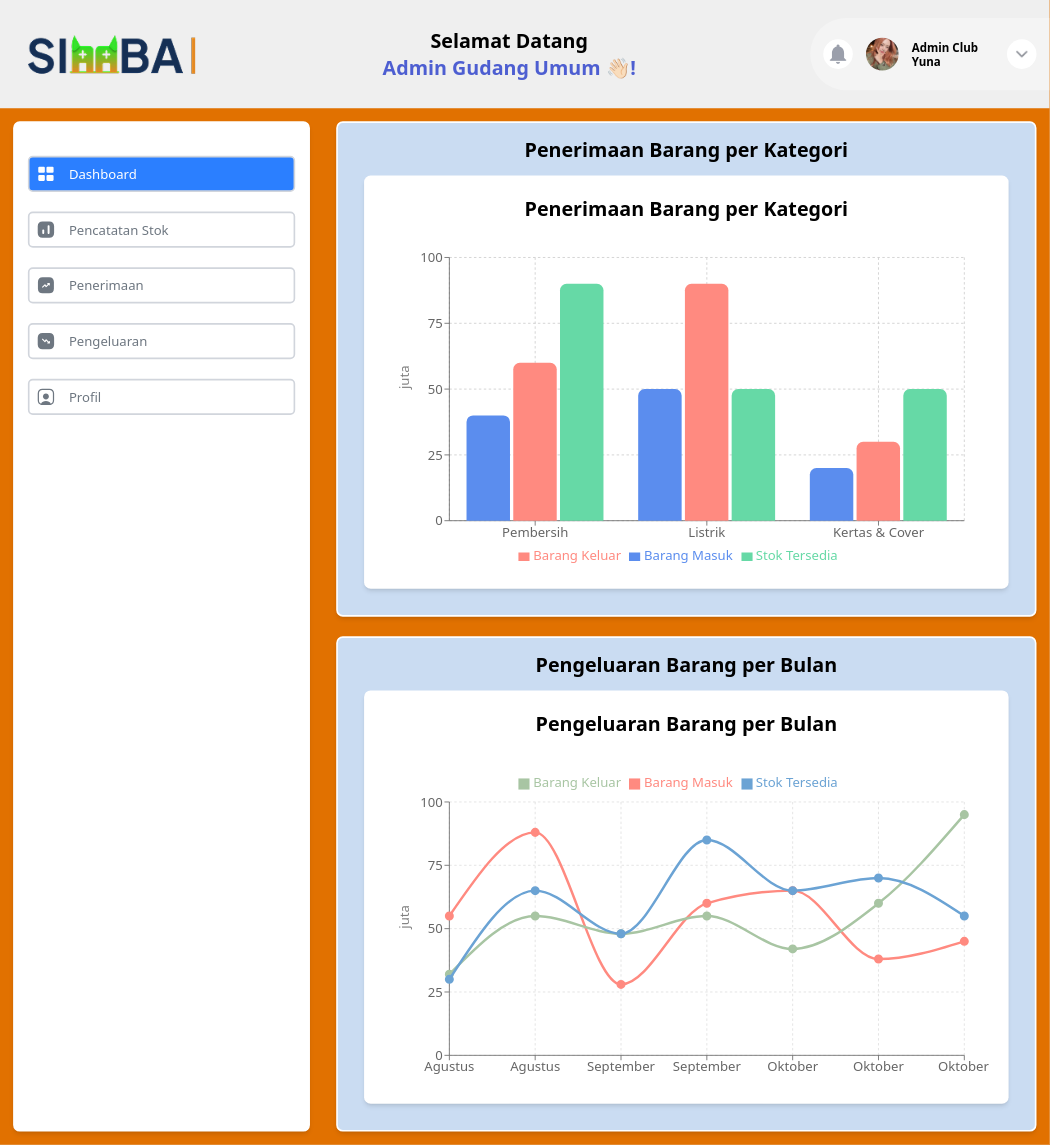
Repository: Gokerwow/inventory-fe
Page: /
An editor plug-in stored every save of this project. The page is shown before and after the next save, followed by the edit.
The browser window is 1280 px wide. The pictures show the whole page, at 82% of full size.
The project was rebuilt for these pictures with package versions that can differ from the ones it lists, and the page was loaded fresh each time. Also part of the build but not shown: vite.config.ts, src/pages/stokBarang.tsx, src/pages/penerimaan.tsx, src/pages/pengeluaran.tsx, src/pages/profil.tsx.

Above is the page before, as saved 2025-10-15 15:49:54.

After the next save:
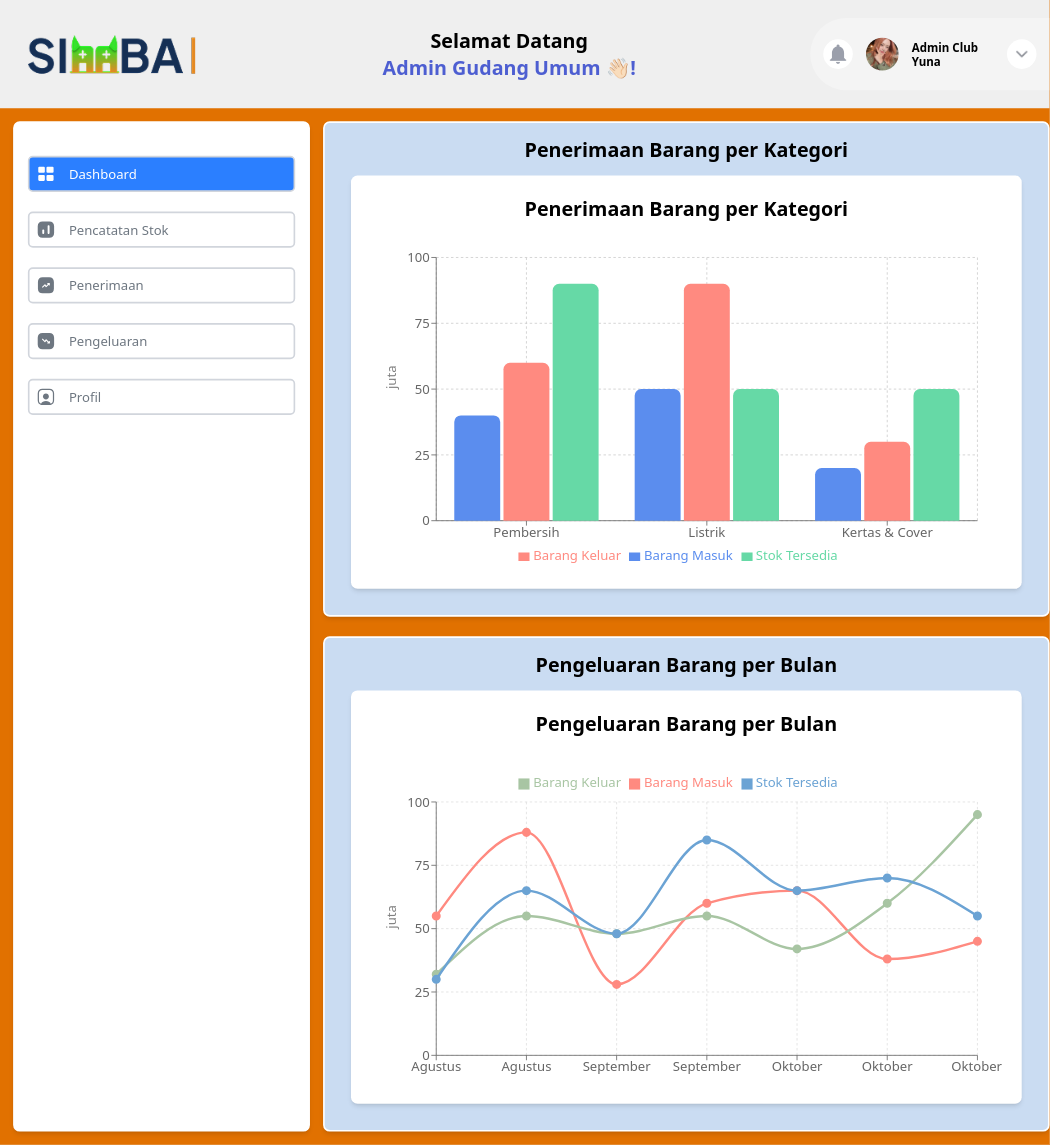
Saved 8 s later.
--- a/src/components/layout.tsx
+++ b/src/components/layout.tsx
@@ -9,7 +9,7 @@ function Layout() {
             <TopBar />
             <div className='flex bg-amber-600'>
                 <SideBar />
-                <div className='flex-1 p-4'>
+                <div className='flex-1 py-4'>
                     <Outlet />
                 </div>
             </div>
